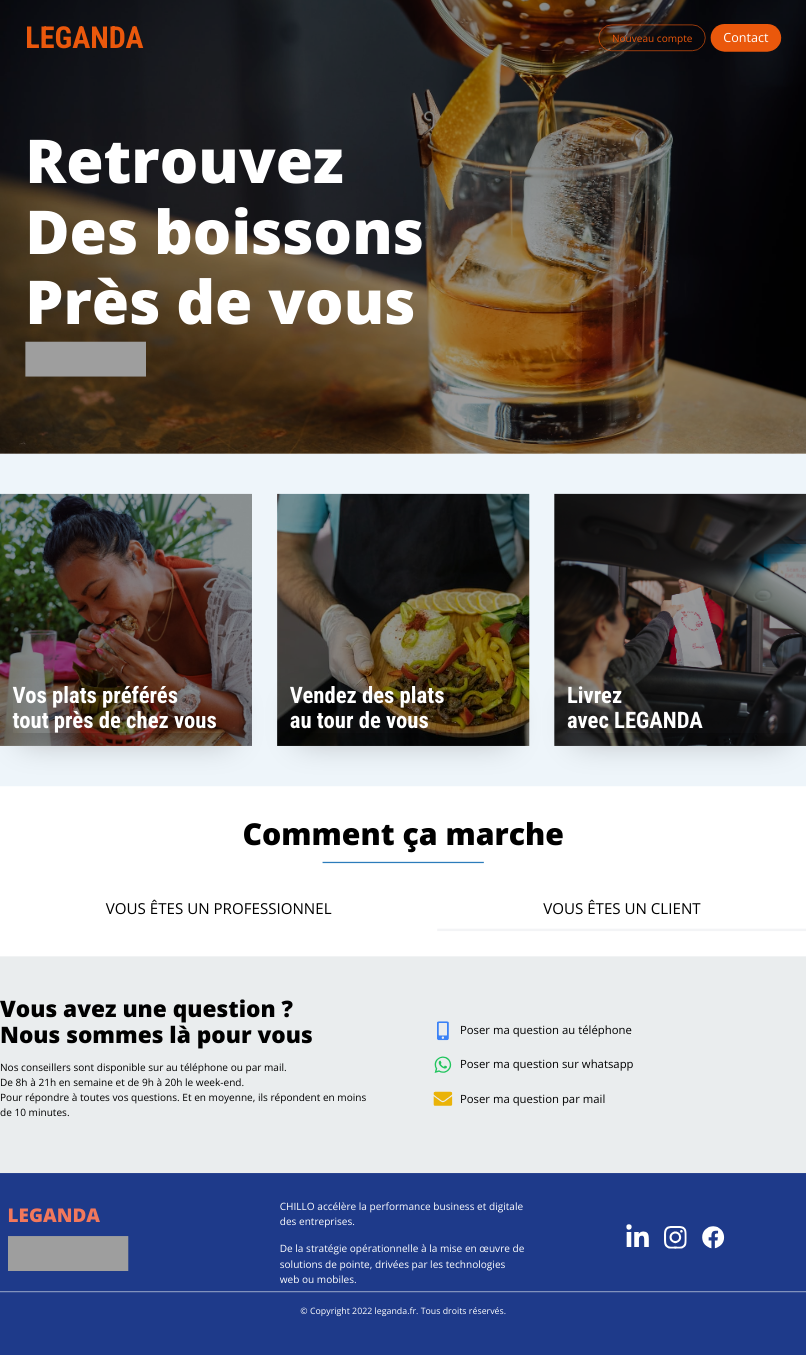
Repository: chillo-tech/website-leganda
Page: /
These files come from the project's save history. The page is drawn as it stood at one moment and after the next save; the edit follows.
The browser window is 1280 px wide. The pictures show the whole page, at 63% of full size.
Pictures or frames that could not be fetched are drawn as grey boxes. The project was rebuilt for these pictures with package versions that can differ from the ones it lists, and the page was loaded fresh each time. Some packages were replaced by stand-ins written for this rebuild. The framework's server and built-in components were replaced by stand-ins that run in the browser. Also part of the build but not shown: next.config.js, components/header/items/SearchBar.tsx.

Above is the page before, as saved 2023-02-09 14:10:32.

### pages/_document.tsx
import { Html, Head, Main, NextScript } from 'next/document'
import Footer from '../components/footer/Footer';

export default function Document() {
	return (
		<Html className="scroll-smooth">
			<Head>
        <link rel="preconnect" href="https://fonts.googleapis.com"/>
        <link rel="preconnect" href="https://fonts.gstatic.com"/>
        <link href="https://fonts.googleapis.com/css2?family=Open+Sans:ital,wght@0,300;0,800;1,800&family=Roboto&family=Roboto+Condensed:wght@700&display=swap" rel="stylesheet"/>
        <link rel="icon" href="/favicon.ico" />
			</Head>
			<body className='flex flex-col h-screen justify-between'>
				<Main />
				<NextScript />
				<Footer />
        <script defer type="text/javascript" src="https://maps.googleapis.com/maps/api/js?key=AIzaSyBoBBvzxlRlkbfYzZcHp8ALOwBk3YjfB-I&libraries=places" />
			</body>
		</Html>
	)
}

### styles/globals.css
@tailwind base;
@tailwind components;
@tailwind utilities;
body {
  font-family: 'Open Sans', 'Roboto', sans-serif;
}
.title {
  font-family: 'Roboto Condensed', sans-serif;
}
@layer base {
  [type="text"],
  [type="email"],
  [type="url"],
  [type="password"],
  [type="number"],
  [type="date"],
  [type="datetime-local"],
  [type="month"],
  [type="search"],
  [type="tel"],
  [type="time"],
  [type="week"],
  [multiple],
  textarea,
  select {
    @apply w-full border-gray-300 rounded-lg shadow-sm focus:border-blue-500 focus:ring-blue-500;
  }
  [type="checkbox"],
  [type="radio"] {
    @apply border-gray-300 rounded text-blue-600 focus:ring-blue-500;
  }
}

.bg-site-blue {
    background-color: #86aec0;
    color: #000000;
}

.bg-site-orange {
    background-color: #f6ac9f;
}

.color-site-blue {
   color: #86aec0;
}

.color-site-orange {
    color: #f2785c;
}

.home-page-article {
  min-height: 400px;
}

### context/search-context-provider.tsx
import { SearchParams } from '../types';
import { Context,createContext, useMemo, useReducer, useCallback } from 'react'
import SearchReducer from './SearchReducer';
import { Param } from '../types/Param';
import { INITIAL_STATE, UPDATE_SEARCH_CRITERIA } from '../utils';
import { SearchContextData } from '../types/SerchContextData';
type Props = {
  children: JSX.Element,
};
export const SearchContext = createContext<SearchContextData>({state: INITIAL_STATE});
function SearchContextProvider({children}: Props) {
  const [state, dispatch] = useReducer(SearchReducer, INITIAL_STATE);

  const update = useCallback(
    (data: Param) =>
      dispatch({
        type: UPDATE_SEARCH_CRITERIA,
        data
      }),
    [],
  );
  const value = useMemo(
    () => ({state, update }),
    [state,update],
  );
  return (
    <SearchContext.Provider value={value}>
      {children}
    </SearchContext.Provider>
  )
}

export default SearchContextProvider;

### components/footer/Footer.tsx

import React from 'react';
import { FaFacebook, FaInstagram, FaLinkedinIn } from 'react-icons/fa';
import Link from 'next/link'
import { cn, STORES } from '../../utils';
import Image from 'next/image';
function Footer() {
	return (
			<footer className="bg bg-blue-900 text-white pb-10 pt-10 font-extralight flex flex-col" id="a-propos-de-nous">
				<div className="container mx-auto px-3">
					<div className="grid grid-cols-1 gap-10 md:grid-cols-3 md:p-0 items-center">
						<div className="presentation">
              <Link href='/' className='mb-5 color-site-orange uppercase font-extrabold text-3xl'>LEGANDA
              </Link>
              <p className="flex py-4 items-center justify-center md:justify-start">
                {STORES.filter((item: any) => item.active).map((item: any, index: number) => (
                    <Link
                        href="#"
                        target="_blank"
                        key={`liens-${index}`}
                        className="block items-center py-2 w-48 h-14 relative">
                      <Image
                          fill={true}
                          src={`/images/${item.image}`}
                          alt={item?.label}
                      />
                    </Link>
                ))}
              </p>
						</div>
						<div className="presentation">
							<p className='mb-5'>CHILLO accélère la performance business et digitale des entreprises. </p>
							<p>De la stratégie opérationnelle
								à la mise en œuvre de solutions de pointe, drivées par les technologies web ou mobiles.</p>
						</div>
						<div className="presentation flex flex-col items-center justify-center">
							<div className='px-10 flex items-center justify-between text-center'>
								<FaLinkedinIn color='text-slate-300' className='px-3 text-6xl'/>
								<FaInstagram className='px-3 text-6xl'/>
								<FaFacebook className='px-3 text-6xl'/>
							</div>
							<div className='py-2'>

							</div>
						</div>
					</div>
				</div>
				<div className="copyright border-top-1 mt-2 font-light">
					<div className="container py-5 text-sm mx-auto text-center border-solid border-t border-slate-200">
						&copy; Copyright {(new Date()).getFullYear()} leganda.fr. Tous droits réservés.
					</div>
				</div>
			</footer>

	);
}

export default Footer;

### components/questions/Questions.tsx
import Link from 'next/link'
import React from 'react'
import { FaEnvelope, FaMobileAlt, FaWhatsapp } from 'react-icons/fa'

function Questions() {
  return (
    <section className='py-16 bg-app-light-green'>
        <div className="container grid md:grid-cols-2 md:gap-24 items-center px-3 md:px-0">
          <article>
            <h2 className='md:text-4xl text-3xl font-semibold text-black'>
              <p className='p-0 m-0'>Vous avez une question ?</p>
              <p className='p-0 m-0'>Nous sommes là pour vous</p>
            </h2>
            <div className='py-5'>
              <p className='p-0 m-0'>Nos conseillers sont disponible sur au téléphone ou par mail.</p>
              <p className='p-0 m-0'>De 8h à 21h en semaine et de 9h à 20h le week-end.</p>
              <p className='p-0 m-0'>Pour répondre à toutes vos questions. Et en moyenne, ils répondent en moins de 10 minutes.</p>
            </div>
          </article>
          <article>
              <Link href="tel:0033761705745" className='py-3 text-lg flex'>
                  <FaMobileAlt className='text-3xl text-blue-500 mr-3' /> Poser ma question au téléphone
              </Link>
              <Link href="whatsapp:0033761705745" className='py-3 text-lg flex'>
                  <FaWhatsapp className='text-3xl text-green-500 mr-3' /> Poser ma question sur whatsapp
              </Link>
              <Link href="mailto:armelle.leganda@gmail.com" className='py-3 text-lg flex'>
                  <FaEnvelope className='text-3xl text-yellow-500 mr-3' /> Poser ma question par mail
              </Link>
          </article>
        </div>
    </section>
  )
}

export default Questions

### components/header/Header.tsx
import { faPhone, faUser } from '@fortawesome/free-solid-svg-icons'
import { FontAwesomeIcon } from '@fortawesome/react-fontawesome'
import Link from 'next/link'
import React from 'react'
import SearchBar from './items/SearchBar'

function Header({withSearchBar = true}: {withSearchBar?: boolean}) {
  return (
    <header className="container py-4">
       <nav className='flex justify-between items-center'>
        <Link href="/" className='text-orange-600 uppercase title text-5xl'>LEGANDA
        </Link>
        {withSearchBar ? <SearchBar /> : null }
        <ul className='md:flex justify-between items-center hidden'>
          <li>
            <Link href="/" className='border border-orange-600 rounded-3xl px-5 py-2 text-orange-600 flex justify-between items-center'>
                <FontAwesomeIcon icon={faUser} className="hidden border-none text-xs mr-2" size='xs' />
                Nouveau compte
            </Link>
          </li>
          <li  className='ml-2'>
          <Link href="/" className='bg-orange-600 rounded-3xl text-xl px-5 font-medium py-2 flex text-white'>
              <FontAwesomeIcon icon={faPhone} className="hidden border-none mr-2"/>
              Contact
          </Link>
          </li>
        </ul>
      </nav>
    </header>
  )
}

export default Header

### utils/index.ts
export * from './clear-string';
export * from './DateFormat';
export * from './isValidPhoneNumber';
export * from './isValidEmail';
export * from './Endpoints';
export * from './Data';
export * from './request-options';

### components/tabs/index.tsx
import classNames from 'classnames';
import React, { useState } from 'react'
import SectionTitle from '../shared/SectionTitle';

function Tabs({items}: any) {
  const [activeTab, setActiveTab] = useState("tab-0");
  const handleClick = () => {

  }
  return (
    <section className='container px-3 md:px-0 py-10'>
      <SectionTitle text='Comment ça marche' />
      <ul className='flex justtify-center items-center'>
        {items.map((item: any, index: number) => (
          <li key={`tab-${index}`} className={
              classNames(
                'grow border-b-4 py-2',
                { 'bg-white border-white': activeTab === `tab-${index}` },
                { 'bg-white border-gray-100 bg-gray-100': activeTab !== `tab-${index}` }
                )
              }>
            <button id={`tab-${index}`} type='button' className='uppercase w-full py-2 text-2xl' onClick={handleClick}>{item.label}</button>
          </li>
        ))}
      </ul>
    </section>
  )
}

export default Tabs

### utils/how-it-works.ts
const HOW_IT_WORKS: any = [
  {
    "label": "Vous êtes un professionnel"
  },
  {
    "label": "Vous êtes un client"
  }
]

export {HOW_IT_WORKS}

### context/SearchReducer.ts
import { UPDATE_SEARCH_CRITERIA } from './../utils/Data';
import { Action } from './../types/Action';
import { SearchParams } from "../types";

function SearchReducer (state: SearchParams, action: Action){
  switch(action.type){
    case UPDATE_SEARCH_CRITERIA: {
        return {
          ...state,
          [action.data.key]: action.data.value
        }
    }
  }
  return state;
}

export default SearchReducer;

### utils/clear-string.ts
export const cleanString = (entry: string) => {
	return entry ? entry.replace(/^[\s\uFEFF\xA0]+|[\s\uFEFF\xA0]+$/g, '') : '';
}

### utils/DateFormat.ts
export const getFormattedDate = (entry: Date) => {
	const year = entry.getFullYear();
	const month = `0${entry.getMonth() + 1}`.slice(-2);
	const day = `0${entry.getDate()}`.slice(-2);
	return `${day}/${month}/${year}`;
};

export const getFormattedTime = (entry: Date) => {
	const hours = `0${entry.getHours()}`.slice(-2);
	const minutes = `0${entry.getMinutes()}`.slice(-2);
	return `${hours}:${minutes}`;
};

const getWeekNumber = (entry: Date) => {
	// Copy date so don't modify original
	const date = new Date(Date.UTC(entry.getFullYear(), entry.getMonth(), entry.getDate()));
	// Set to nearest Thursday: current date + 4 - current day number
	// Make Sunday's day number 7
	date.setUTCDate(date.getUTCDate() + 4 - (date.getUTCDay() || 7));
	// Get first day of year
	const yearStart = new Date(Date.UTC(date.getUTCFullYear(), 0, 1));
	// Calculate full weeks to nearest Thursday
	return Math.ceil((((Number(date) - Number(yearStart)) / 86400000) + 1) / 7);
	// Return array of year and week number

}

export const getDayAndMonthLabel = (entry: Date) => {
	const days = ['Dimanche', 'Lundi', 'Mardi', 'Mercredi', 'Jeudi', 'Vendredi', 'Samedi'];
	const months = ["Jan.", "Fev.", "Mars", "Avr.", "MaI", "Juin",
		"Jul.", "Août", "Sep.", "Oct.", "Nov.", "Dec."
	];
	return [days[entry.getDay()], months[entry.getMonth()]];
}

export const getDisplayedDate = (entry: string = "") => {
	if (!entry.trim().length) {
		return entry;
	}
	const adWeekNo = getWeekNumber(new Date(entry));
	const todayWeekNo = getWeekNumber(new Date());
	if ((adWeekNo - todayWeekNo) > 1) {
		const [dayOfDate, month, year] = getFormattedDate(new Date(entry)).split('/');
		const [dayOfWeekLabel, monthLabel] = getDayAndMonthLabel(new Date(entry));
		return `${dayOfWeekLabel}, ${dayOfDate} ${monthLabel}`;
	} else {
		const [dayOfWeekLabel] = getDayAndMonthLabel(new Date(entry));
		return dayOfWeekLabel;
	}
};

### utils/isValidPhoneNumber.ts
export const isValidPhoneNumber = (value: string) => {
	const PHONE_REGEXP = /^0[6|7]\d{8}$/
	return PHONE_REGEXP.test(value);
}

### utils/isValidEmail.ts
export const isValidEmail = (value: string) => {
	const EMAIL_REGEXP = /^\S+@\S+\.\S+$/;
	return value.trim().length ? EMAIL_REGEXP.test(value) : true;
}

### utils/Endpoints.ts
export const LOCAL_DNS = 'http://192.168.111.244:9090';//verifier ipconfig avant d'exécuter
export const PROD_DNS = "https://api.leganda.chillo.fr";
export const IMAGES_URL = `${PROD_DNS}/assets`;
export const BACKOFFICE_URL = `${PROD_DNS}/api/v1`;
export const ADS_ENDPOINT = "ad";
export const FAVORITE_ENDPOINT = "favorite";
export const ACCOUNT_ENDPOINT = "account";
export const ADDRESS_ENDPOINT = "address";
export const CATEGORY_ENDPOINT = "category";
export const GOOGLE_PACES_API_BASE_URL = 'https://maps.googleapis.com/maps/api/place';
export const GOOGLE_PACES_API_KEY = 'AIzaSyBoBBvzxlRlkbfYzZcHp8ALOwBk3YjfB-I';
export const MAP_ZOOM = 10;
export const GOOGLE_PACES_CENTER_COORDINATES = {lat: 48.117266,lng: -1.677793};

### utils/Data.ts
import {EMAIL, PHONE} from "./providers";
export const CATEGORY_BGCOLORS = [ "#BCA1F2", "#BCDDE4", "#CFEACB", "#F4E169"];
export const PLUS_FAVORITES_UPDATED = "Super cette annonce a été ajoutée à vos favoris";
export const REMOVE_FAVORITES_UPDATED = "Cette annonce a été retirée de vos favoris";
export const AUTHENTICATED_USER = "authenticatedUser";
export const MAPBOX_ACCESSTOKEN = "pk.eyJ1IjoiYWNoaWxsZW1ib3VndWVuZyIsImEiOiJja3Zvd3EzcmswaThkMnZrZ25iYmtveDBhIn0.pDR7pKL18d3iz5NoaRmWYg";
export const RESET_AD = "RESET_AD";
export const DELETE_KEY = "DELETE_KEY";
export const SET_NUMBER_OF_CHILDREN = "SET_NUMBER_OF_CHILDREN";
export const SET_ADS = "SET_ADS";
export const SET_CATS = "SET_CATS";
export const SET_CAT = "SET_CAT";
export const SET_AD = "SET_AD";
export const SET_SELECTED_ITEM_ID = "SET_SELECTED_ITEM_ID";
export const SET_STEP_INDEX = "SET_STEP_INDEX";
export const UPDATE_AD = "UPDATE_AD";
export const UPDATE_SEARCH_CRITERIA = "UPDATE_SEARCH_CRITERIA";
export const UPDATE_USER_INFOS = "UPDATE_USER_INFOS";
export const USER_TOKEN = "USER_TOKEN";
export const SIGN_IN = 'SIGN_IN';
export const SIGN_OUT = 'SIGN_OUT';
export const SIGN_UP = 'SIGN_UP';
export const RECOMMEND_TEXT = "Bonjour, j'ai découvert cette application qui a de belles annonces. Je te la recommande";
export const RESTORE_TOKEN = "RESTORE_TOKEN";
export const AD_PLACEHOLDER = ["Taro du dimanche", "20kg à destination de Yaoundé", "Carton de Guinness", "Stage de developpeur"];
export const STORES = [
	{
		image: 'google-app-store-badge.svg',
		active: true,
		path: '#',
		label: 'LEGANDA sur PLAY STORE'
	},
	{
		image: 'apple-app-store-badge.svg',
		active: false,
		path: '#',
		label: 'LEGANDA sur APPLE STORE'
	}
]
export const HEADERS_ITEMS = [
	{
		image: '/images/food.jpeg',
		active: true,
		label: 'Des mets'
	},
	{
		image: '/images/drinks.jpeg',
		active: false,
		label: 'Des boissons'
	},
	{
		image: '/images/spices.jpeg',
		active: false,
		label: 'Des épices'
	},
	{
		image: '/images/service.jpeg',
		active: false,
		label: 'Des services'
	}
]
export const INITIAL_STATE = {
		address: {city: ''}
}

export const HELP_LINK = {
	whatsapp: `whatsapp://send?text=&phone=${PHONE}`,
	sms: `sms:${PHONE}`,
	mail: `mailto:${EMAIL}`,
	phone: `tel:${PHONE}`
}

export const SHARE_LINK = {
	whatsapp: `whatsapp://send?text=`,
	sms: `sms:body=`,
	mail: `mailto:${EMAIL}`,
	phone: `tel:${PHONE}`
}

export const MORESCREEN_DATA = [
	{
		id: 'recommendations',
		title: "Recommandations",
		items: [
			{
				id: '587',
				icon: 'thumbs-up',
				name: 'sms',
				action: 'recommend',
				title: 'Recommandez notre application',
			},
			{
				id: '588',
				icon: 'facebook',
				name: 'facebook',
				action: 'recommend',
				title: 'Aimez notre page facebook',
			},
			{
				id: '589',
				icon: 'thumbs-up',
				name: 'like',
				action: 'recommend',
				title: 'Notez nous sur le store',
			}
		]
	},
	{
		id: 'assistance',
		title: "assistance",
		items: [
			{
				id: '386',
				icon: 'whatsapp',
				name: 'whatsapp',
				action: 'help',
				title: 'Posez votre question via whatsapp',
			},
			{
				id: '387',
				icon: 'sms',
				name: 'sms',
				action: 'help',
				title: 'Posez votre question  par sms',
			},
			{
				id: '389',
				name: 'mail',
				action: 'help',
				icon: 'envelope',
				title: 'Envoyez nous un mail',
			},
			{
				id: '388',
				icon: 'phone-alt',
				name: 'phone',
				action: 'help',
				title: 'Appelez nous',
			}
		]
	}
]

export const loaderProp =({ src }: {src: string}) => {
  console.log('====================================');
  console.log(src);
  console.log('====================================');
  return src;
}
export const cn = (...classes: string[]) =>{
  return classes.filter(Boolean).join(' ')
}

### utils/request-options.ts
export const getHeaders = () => ({
	'X-Requested-With': 'XMLHttpRequest',
	'Content-Type': 'application/x-www-form-urlencode',
	Accept: "application/json"
});

### components/shared/SectionTitle.tsx
import React from 'react'

function SectionTitle( {text, underline = true}: {underline?: boolean, text: string}) {
  return (
    <h2 className="flex flex-col items-center justify-center md:mb-10">
      <span className='px-10 py-3 text-center font-bold text-3xl md:text-5xl'>
        {text}
      </span>
      { underline ? (<span className='border-b-2 border-app-blue px-10 w-64 mt-2'/>) : null }
    </h2>
  )
}

export default SectionTitle

### utils/providers.ts


export const PHONE = "+33761705745";
export const EMAIL = "achille.mbougueng@yahoo.fr";

export const OPENCAGE_GEOCODE_API = "https://api.opencagedata.com/geocode/v1/json";
export const OPENCAGE_API_KEY = "2dd86530d37b4cf3a321d24e6c624a40";

export const MAPBOX_API_KEY = "pk.eyJ1IjoiYWNoaWxsZW1ib3VndWVuZyIsImEiOiJja3Zvd3EzcmswaThkMnZrZ25iYmtveDBhIn0.pDR7pKL18d3iz5NoaRmWYg";
export const MAPBOX_PLACES = "https://api.mapbox.com/geocoding/v5/mapbox.places";

Loaded but not shown: pages/_app.tsx (common file); tailwind.config.js (38 lines, source omitted); pages/index.tsx (146 lines, source omitted)

After the next save:
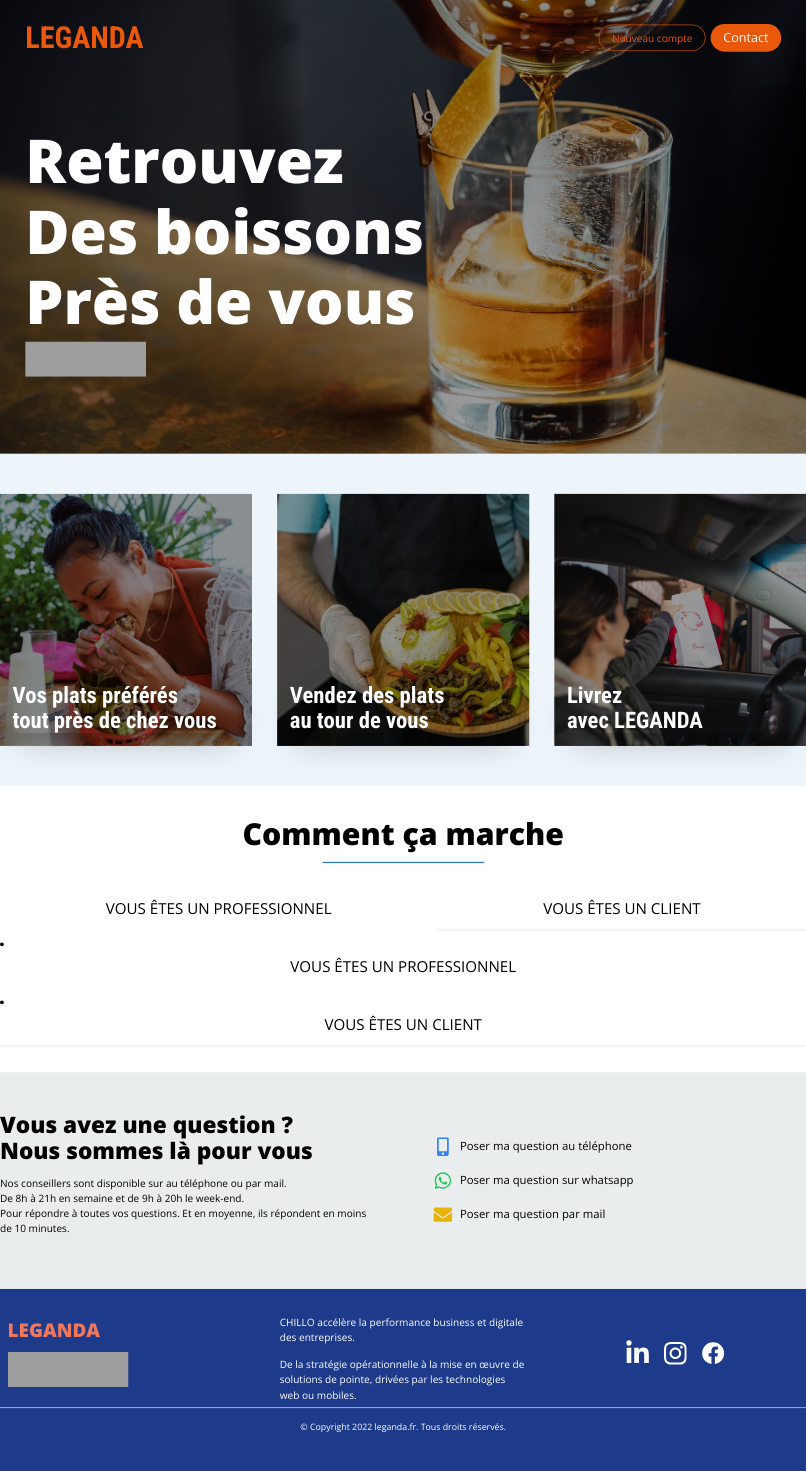
Saved 30 s later.
--- a/components/tabs/index.tsx
+++ b/components/tabs/index.tsx
@@ -23,6 +23,17 @@
           </li>
         ))}
       </ul>
+      {items.map((item: any, index: number) => (
+          <li key={`tab-${index}`} className={
+              classNames(
+                'grow border-b-4 py-2',
+                { 'bg-white border-white': activeTab === `tab-${index}` },
+                { 'bg-white border-gray-100 bg-gray-100': activeTab !== `tab-${index}` }
+                )
+              }>
+            <button id={`tab-${index}`} type='button' className='uppercase w-full py-2 text-2xl' onClick={handleClick}>{item.label}</button>
+          </li>
+        ))}
     </section>
   )
 }
